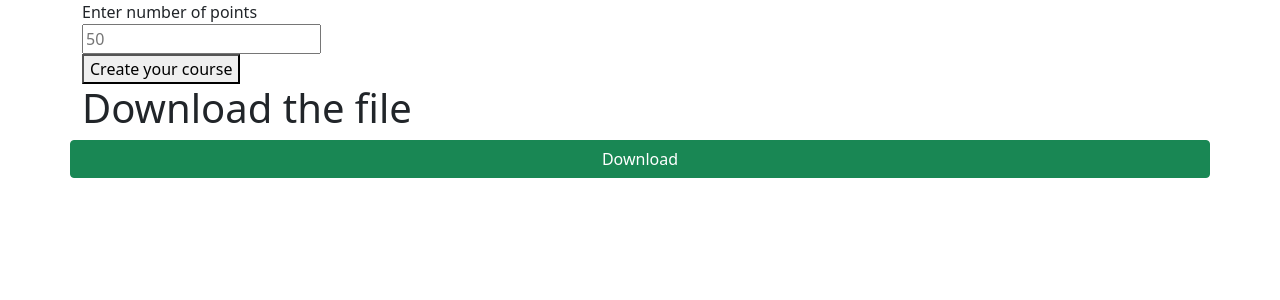
Repository: hselbie/courserator
Page: http://localhost/
The author's editor kept a copy of each file at every save. The page is drawn from the files as they stood at one save, then again after the next save.
The browser window is 1280 px wide. The pictures show the whole page.
The page is served by the project's application, run on Flask 3 (app.py).

Above is the page before, as saved 2023-08-17 22:39:58.

After the next save:
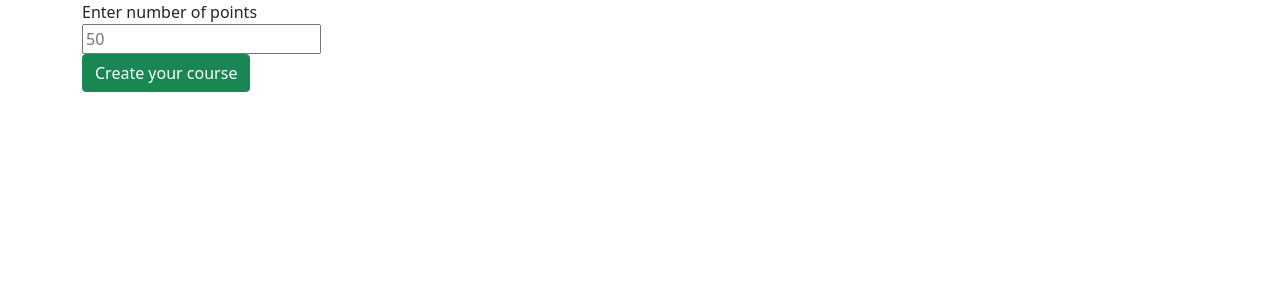
Saved 3 min 31 s later.
--- a/templates/index.html
+++ b/templates/index.html
@@ -21,10 +21,8 @@
                    placeholder="50"
                    value="{{ request.form['point_number'] }}"></input>
             <br>
-              <button type="submit">Create your course</button>
+              <button class="btn btn-success" type="submit">Create your course</button>
         </form>
-            <h1>Download the file</h1>
-            <a class="btn btn-success" href="{{url_for('download')}}">Download</a>
         </div>
     </div>
     <script src="https://cdn.jsdelivr.net/npm/bootstrap@5.0.2/dist/js/bootstrap.bundle.min.js" integrity="sha384-MrcW6ZMFYlzcLA8Nl+NtUVF0sA7MsXsP1UyJoMp4YLEuNSfAP+JcXn/tWtIaxVXM" crossorigin="anonymous"></script>
